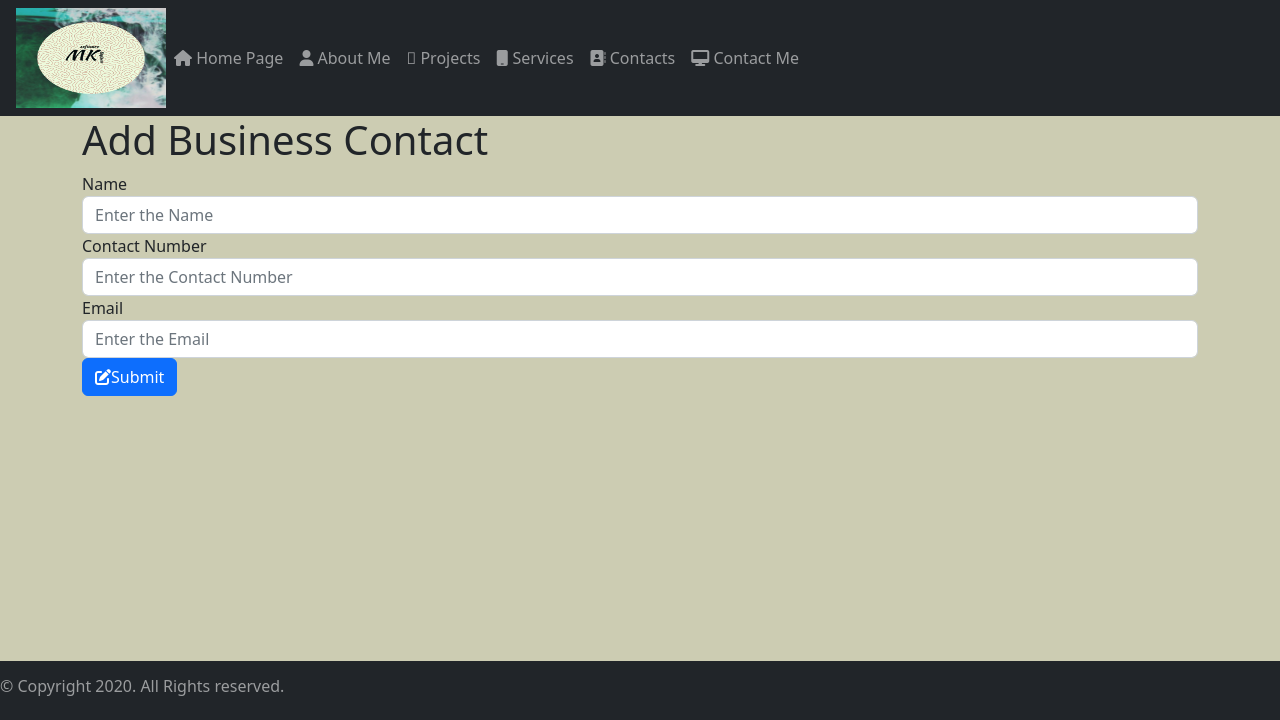
Repository: Mandeep180/Lab03_1
Page: http://localhost/infor/add
These files come from the project's save history. The page is drawn as it stood at one moment and after the next save; the edit follows.
The browser window is 1280 px wide. The pictures show the whole page.
The page is served by the project's Node server (server.js).

Above is the page before, as saved 2022-10-22 21:48:38.

After the next save:
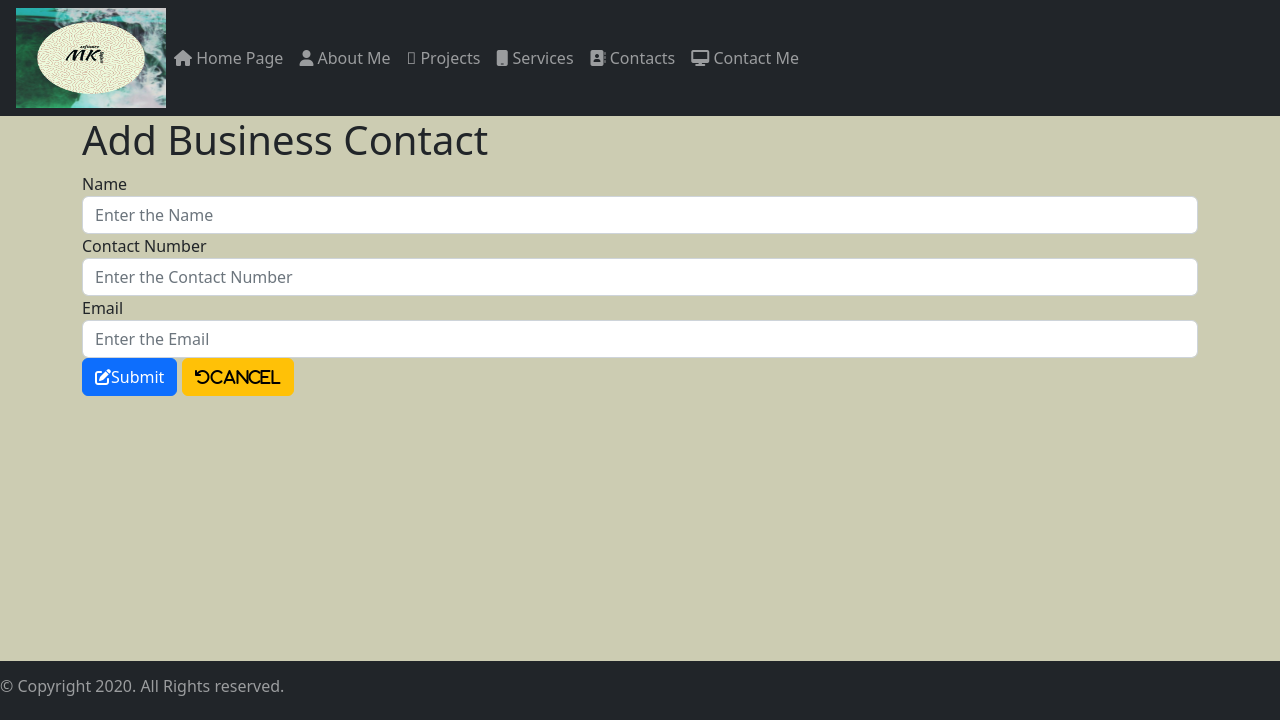
Saved 2 min 55 s later.
--- a/server/views/infor/add.ejs
+++ b/server/views/infor/add.ejs
@@ -36,6 +36,9 @@
             <button class="btn btn-primary" type="submit">
                 <i class="fas fa-edit"></i>Submit
             </button>
+            <a href="/infor" class="btn btn-warning">
+                <i class="fas fa-undo">Cancel</i>
+            </a>
         </form>
 
 
